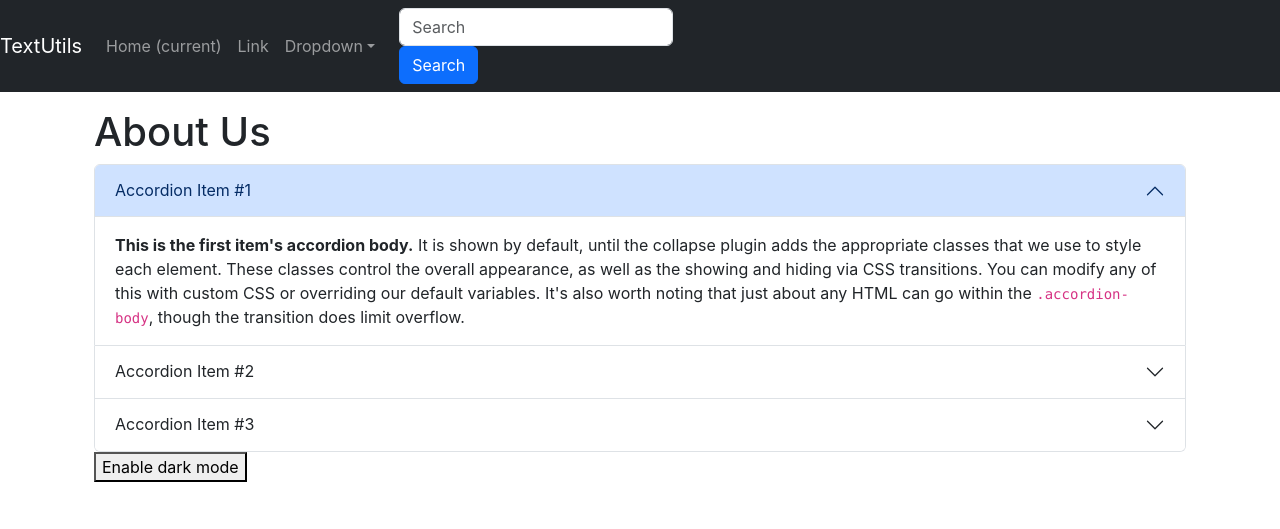
Repository: Aastha1035/React.navbar
Page: /
An editor plug-in stored every save of this project. The page is shown before and after the next save, followed by the edit.
The browser window is 1280 px wide. The pictures show the whole page.
The project was rebuilt for these pictures with package versions that can differ from the ones it lists, and the page was loaded fresh each time. Also part of the build but not shown: src/App.css.

Above is the page before, as saved 2024-07-17 16:57:13.

### public/index.html
<!DOCTYPE html>
<html lang="en">
  <head>
    <meta charset="utf-8" />
    <link rel="icon" href="%PUBLIC_URL%/favicon.ico" />
    <meta name="viewport" content="width=device-width, initial-scale=1" />
    <meta name="theme-color" content="#000000" />
    <meta
      name="description"
      content="Web site created using create-react-app"
    />
    <link rel="apple-touch-icon" href="%PUBLIC_URL%/logo192.png" />
    <!--
      manifest.json provides metadata used when your web app is installed on a
      user's mobile device or desktop. See https://developers.google.com/web/fundamentals/web-app-manifest/
    -->
    <link rel="manifest" href="%PUBLIC_URL%/manifest.json" />
    <!--
      Notice the use of %PUBLIC_URL% in the tags above.
      It will be replaced with the URL of the `public` folder during the build.
      Only files inside the `public` folder can be referenced from the HTML.

      Unlike "/favicon.ico" or "favicon.ico", "%PUBLIC_URL%/favicon.ico" will
      work correctly both with client-side routing and a non-root public URL.
      Learn how to configure a non-root public URL by running `npm run build`.
    -->
    <link href="https://cdn.jsdelivr.net/npm/bootstrap@5.3.3/dist/css/bootstrap.min.css" rel="stylesheet" integrity="sha384-QWTKZyjpPEjISv5WaRU9OFeRpok6YctnYmDr5pNlyT2bRjXh0JMhjY6hW+ALEwIH" crossorigin="anonymous">
    <title>React App</title>
  </head>
  <body>
    <noscript>You need to enable JavaScript to run this app.</noscript>
    <div id="root"></div>
    <!--
      This HTML file is a template.
      If you open it directly in the browser, you will see an empty page.

      You can add webfonts, meta tags, or analytics to this file.
      The build step will place the bundled scripts into the <body> tag.

      To begin the development, run `npm start` or `yarn start`.
      To create a production bundle, use `npm run build` or `yarn build`.
    -->
    <script src="https://cdn.jsdelivr.net/npm/bootstrap@5.3.3/dist/js/bootstrap.bundle.min.js"
    integrity="sha384-YvpcrYf0tY3lHB60NNkmXc5s9fDVZLESaAA55NDzOxhy9GkcIdslK1eN7N6jIeHz"
    crossorigin="anonymous"></script>
  </body>
</html>

### src/App.js

import './App.css';
import About from './components/About';
import Navbar from './components/Navbar';
//import Textform from './components/Textform';

function App() {
  return (
    <>
   < Navbar title="TextUtils"/>
   <div className="container my-3">
   {/*<Textform heading="Enter the text to analyse"/>*/}
   <About/>
   </div>

  </>
  );
}

export default App;

### src/components/About.js
import React from 'react'

export default function About() {
  return (
    <div className='container'>
            <h1>About Us</h1>
        <div class="accordion" id="accordionExample">
    <div class="accordion-item">
        <h2 class="accordion-header" id="headingOne">
        <button class="accordion-button" type="button" data-bs-toggle="collapse" data-bs-target="#collapseOne" aria-expanded="true" aria-controls="collapseOne">
            Accordion Item #1
        </button>
        </h2>
        <div id="collapseOne" class="accordion-collapse collapse show" aria-labelledby="headingOne" data-bs-parent="#accordionExample">
        <div class="accordion-body">
            <strong>This is the first item's accordion body.</strong> It is shown by default, until the collapse plugin adds the appropriate classes that we use to style each element. These classes control the overall appearance, as well as the showing and hiding via CSS transitions. You can modify any of this with custom CSS or overriding our default variables. It's also worth noting that just about any HTML can go within the <code>.accordion-body</code>, though the transition does limit overflow.
        </div>
        </div>
    </div>
    <div class="accordion-item">
        <h2 class="accordion-header" id="headingTwo">
        <button class="accordion-button collapsed" type="button" data-bs-toggle="collapse" data-bs-target="#collapseTwo" aria-expanded="false" aria-controls="collapseTwo">
            Accordion Item #2
        </button>
        </h2>
        <div id="collapseTwo" class="accordion-collapse collapse" aria-labelledby="headingTwo" data-bs-parent="#accordionExample">
        <div class="accordion-body">
            <strong>This is the second item's accordion body.</strong> It is hidden by default, until the collapse plugin adds the appropriate classes that we use to style each element. These classes control the overall appearance, as well as the showing and hiding via CSS transitions. You can modify any of this with custom CSS or overriding our default variables. It's also worth noting that just about any HTML can go within the <code>.accordion-body</code>, though the transition does limit overflow.
        </div>
        </div>
    </div>
    <div class="accordion-item">
        <h2 class="accordion-header" id="headingThree">
        <button class="accordion-button collapsed" type="button" data-bs-toggle="collapse" data-bs-target="#collapseThree" aria-expanded="false" aria-controls="collapseThree">
            Accordion Item #3
        </button>
        </h2>
        <div id="collapseThree" class="accordion-collapse collapse" aria-labelledby="headingThree" data-bs-parent="#accordionExample">
        <div class="accordion-body">
            <strong>This is the third item's accordion body.</strong> It is hidden by default, until the collapse plugin adds the appropriate classes that we use to style each element. These classes control the overall appearance, as well as the showing and hiding via CSS transitions. You can modify any of this with custom CSS or overriding our default variables. It's also worth noting that just about any HTML can go within the <code>.accordion-body</code>, though the transition does limit overflow.
        </div>
        </div>
    </div>
</div>
    <button>Enable dark mode</button>
    </div>
  )
}

### src/components/Navbar.js
import React from 'react'

export default function Navbar(props) {
  return (
    <nav className="navbar navbar-expand-lg navbar-dark bg-dark">
  <a className="navbar-brand" href="#">{props.title}</a>
  <button className="navbar-toggler" type="button" data-toggle="collapse" data-target="#navbarSupportedContent" aria-controls="navbarSupportedContent" aria-expanded="false" aria-label="Toggle navigation">
    <span className="navbar-toggler-icon"></span>
  </button>

  <div className="collapse navbar-collapse" id="navbarSupportedContent">
    <ul className="navbar-nav mr-auto">
      <li className="nav-item active">
        <a className="nav-link" href="#">Home <span className="sr-only">(current)</span></a>
      </li>
      <li className="nav-item">
        <a className="nav-link" href="#">Link</a>
      </li>
      <li className="nav-item dropdown">
        <a className="nav-link dropdown-toggle" href="#" id="navbarDropdown" role="button" data-toggle="dropdown" aria-haspopup="true" aria-expanded="false">
          Dropdown
        </a>
        <div className="dropdown-menu" aria-labelledby="navbarDropdown">
          <a className="dropdown-item" href="#">Action</a>
          <a className="dropdown-item" href="#">Another action</a>
          <div className="dropdown-divider"></div>
          <a className="dropdown-item" href="#">Something else here</a>
        </div>
      </li>
      <li className="nav-item">
        <a className="nav-link disabled" href="#">{props.aboutText}</a>
      </li>
    </ul>
    <form className="form-inline my-2 my-lg-0">
      <input className="form-control mr-sm-5" type="search" placeholder="Search" aria-label="Search"/>
      <button className="btn btn-primary my-2 my-sm-0" type="submit">Search</button>
    </form>
  </div>
</nav>
  )
}

Loaded but not shown: src/index.js (common file); src/index.css (common file); src/reportWebVitals.js (common file)

After the next save:
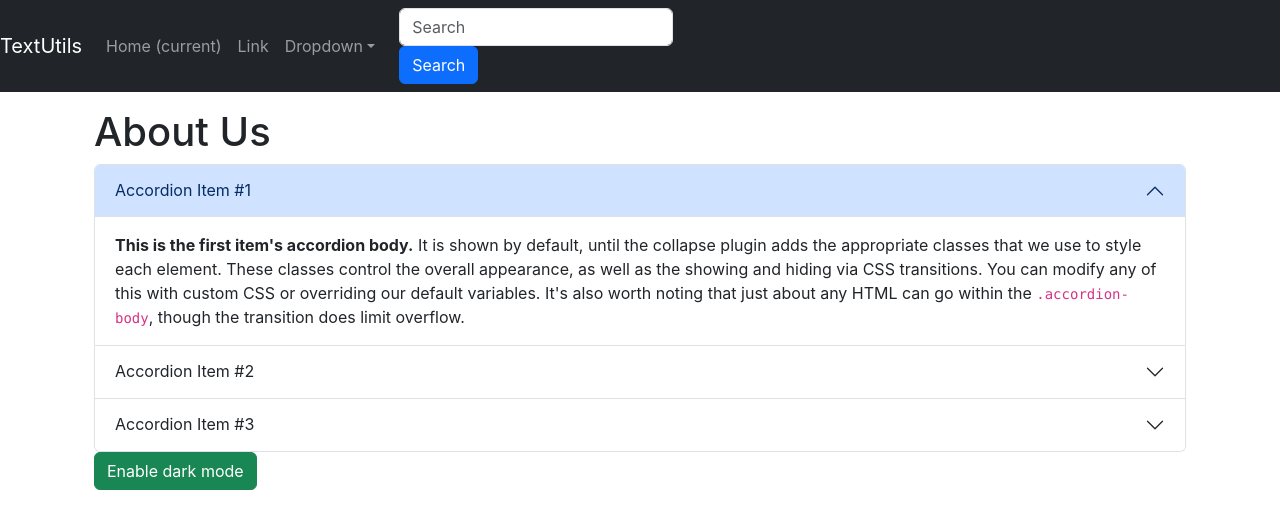
Saved 2 min 5 s later.
--- a/src/components/About.js
+++ b/src/components/About.js
@@ -42,7 +42,8 @@ export default function About() {
         </div>
     </div>
 </div>
-    <button>Enable dark mode</button>
+    <button type="button" class="btn btn-success">Enable dark mode</button>
+
     </div>
   )
 }
